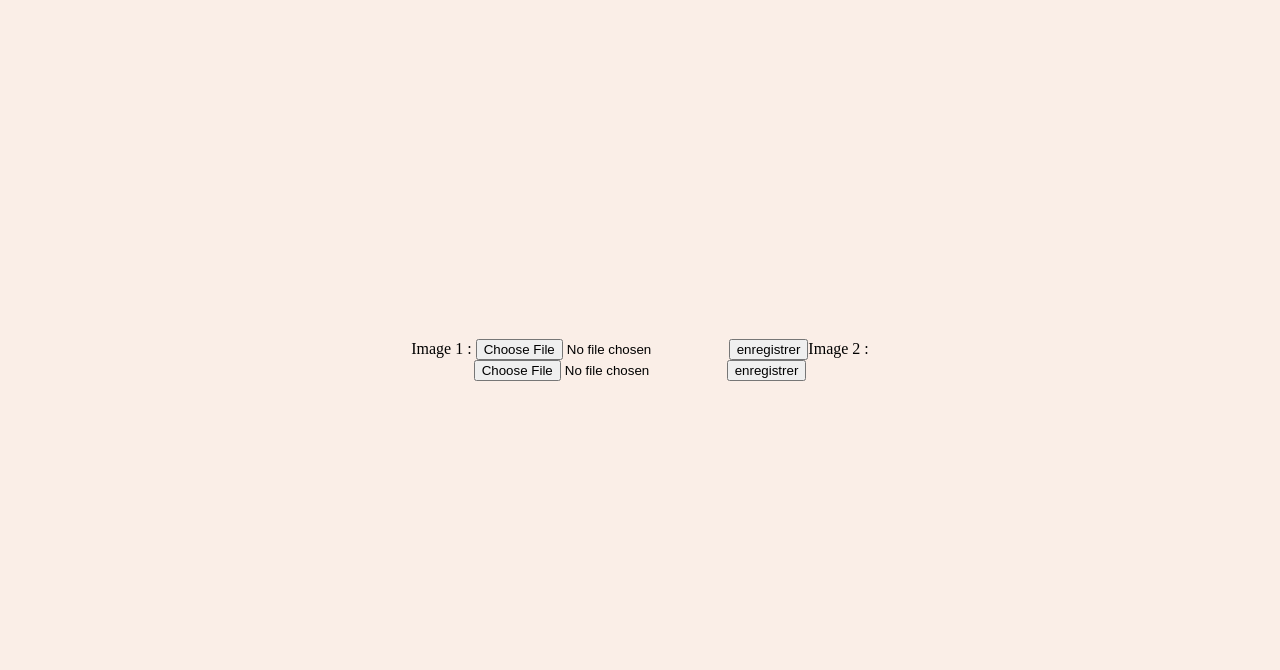
Repository: Lucas-Cassan/img-assembler
Page: / (app in frontend/)
These files come from the project's save history. The page is drawn as it stood at one moment and after the next save; the edit follows.
The browser window is 1280 px wide. The pictures show the whole page.
The project was rebuilt for these pictures with package versions that can differ from the ones it lists, and the page was loaded fresh each time.

Above is the page before, as saved 2022-02-02 14:57:39.

### frontend/src/index.js
import React from "react";
import ReactDOM from "react-dom";
import "./styles/index.scss";
import App from "./App";

ReactDOM.render(
  <React.StrictMode>
    <App />
  </React.StrictMode>,
  document.getElementById("root"),
);

### frontend/src/styles/index.scss
html{
    padding: 0;
    margin: 0;

    body{
        padding: 0;
        margin: 0;
        width: 100vw;
        height: 100vh;
        overflow: hidden;
        background-color: #FAEEE7;

        #root{
            width: 100%;
            height: 100%;
            display: flex;
            justify-content: center;
            align-items: center;
            flex-direction: column;

            #image{


            }
            form{

            }
        }

    }
}

### frontend/src/App.js
import React from "react";
import Fusiooooon from "./pages/Fusiooooon";

const App = () => {
  return (
    <>
      <Fusiooooon />
    </>
  );
};

export default App;

### frontend/src/pages/Fusiooooon.js
import React, { useState } from "react";
import axios from "axios";

const Fusiooooon = () => {
  const [file1, setFile1] = useState();
  const [file2, setFile2] = useState();

  const handleSubmit = (e) => {
    e.preventDefault();

    console.log(file1);
    const data = new FormData();
    data.append("file", file1);

    axios({
      method: "post",
      url: `http://localhost:5000/img/merge`,
      data,
    })
      .then((res) => console.log(res))
      .catch((err) => console.log(err));
  };

  const handleSubmit2 = (e) => {
    e.preventDefault();

    console.log(file1);
    const data = new FormData();
    data.append("file", file2);

    axios({
      method: "post",
      url: `http://localhost:5000/img/merge`,
      data,
    })
      .then((res) => console.log(res))
      .catch((err) => console.log(err));
  };

  return (
    <>
      <div id="image"></div>
      <form action="" onSubmit={handleSubmit}>
        <label htmlFor="">Image 1 : </label>
        <input
          type="file"
          name="file"
          id="file"
          accept=".jpg, .jpeg, .png"
          onChange={(e) => setFile1(e.target.files[0])}
        />
        <input type="submit" value="enregistrer" />
        <label htmlFor="">Image 2 : </label>
      </form>
      <form action="" onSubmit={handleSubmit2}>
        <input
          type="file"
          name="file"
          id="file"
          accept=".jpg, .jpeg, .png"
          onChange={(e) => setFile2(e.target.files[0])}
        />
        <input type="submit" value="enregistrer" />
      </form>
    </>
  );
};

export default Fusiooooon;

Loaded but not shown: frontend/public/index.html (common file)

After the next save:
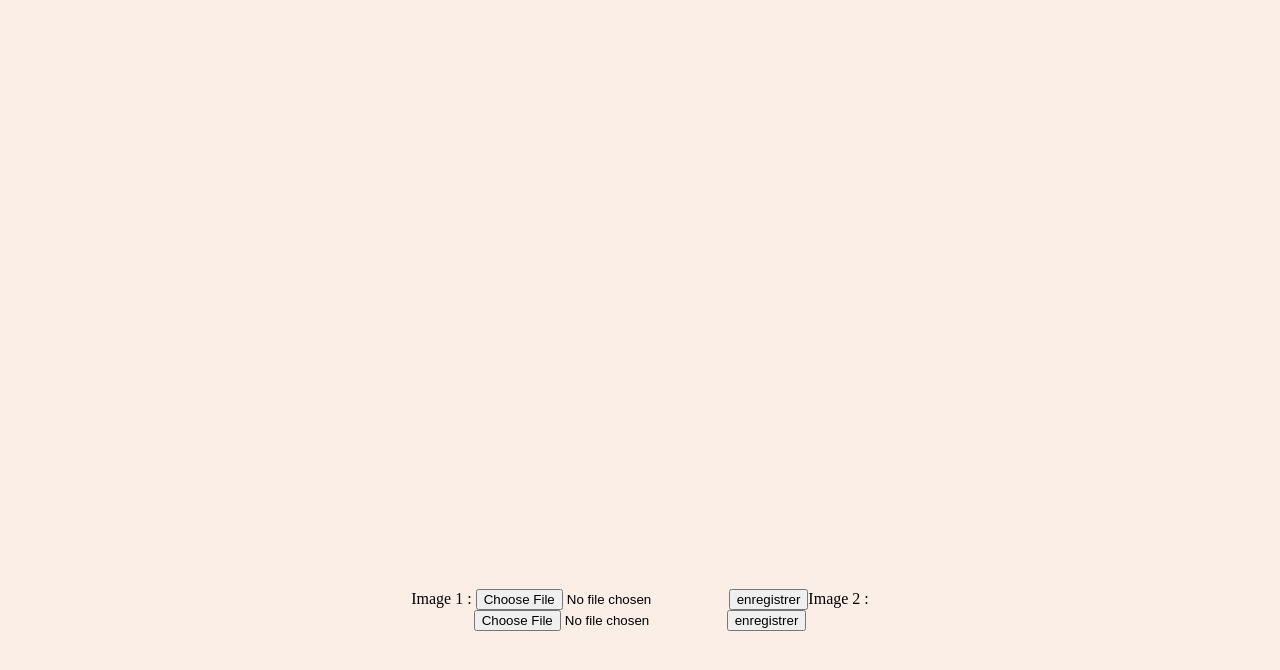
Saved 41 s later.
--- a/frontend/src/styles/index.scss
+++ b/frontend/src/styles/index.scss
@@ -19,7 +19,8 @@ html{
             flex-direction: column;
 
             #image{
-
+                width: 500Px;
+                height: 500px;
 
             }
             form{
